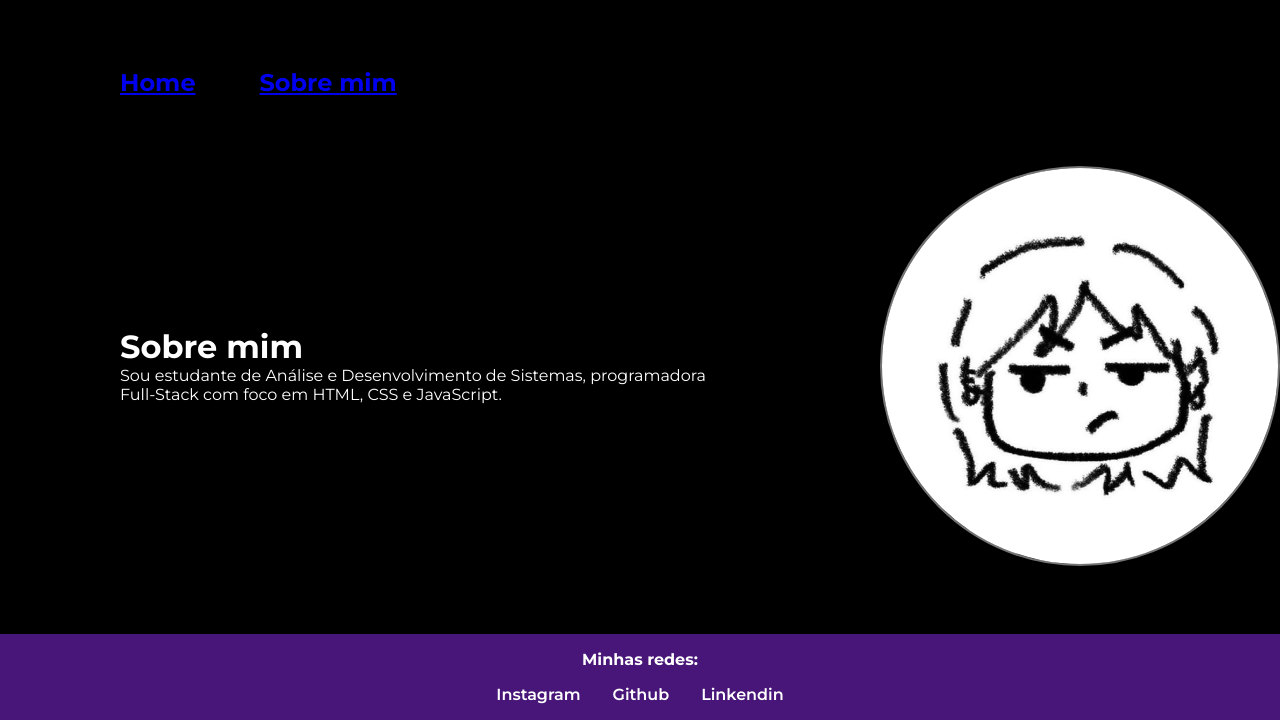
Repository: analessp/portfolio-developer
Page: index.html
These files come from the project's save history. The page is drawn as it stood at one moment and after a run of saves; the edit follows.
The browser window is 1280 px wide. The pictures show the whole page.

Above is the page before, as saved 2025-04-24 10:34:30.

After the next 2 saves:
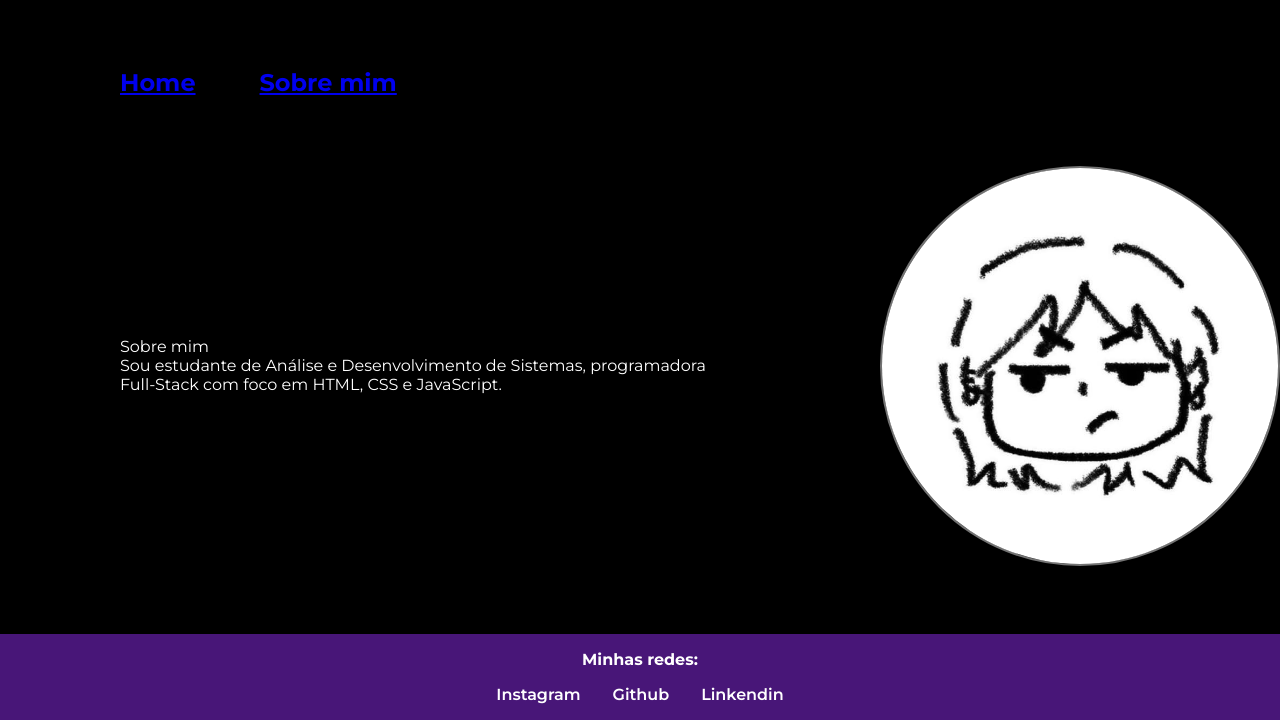
The 2 saves are shown as one change because they came seconds apart.
The last was saved 7 s later.
--- a/index.html
+++ b/index.html
@@ -22,6 +22,7 @@
     </header>
     <main>
         <div class="introduce">
+            <span
             <h1>Sobre mim</h1>
             <p>Sou estudante de Análise e Desenvolvimento de Sistemas, programadora Full-Stack com foco em HTML, CSS e JavaScript.</p>
         </div>

After the 3 saves that followed:
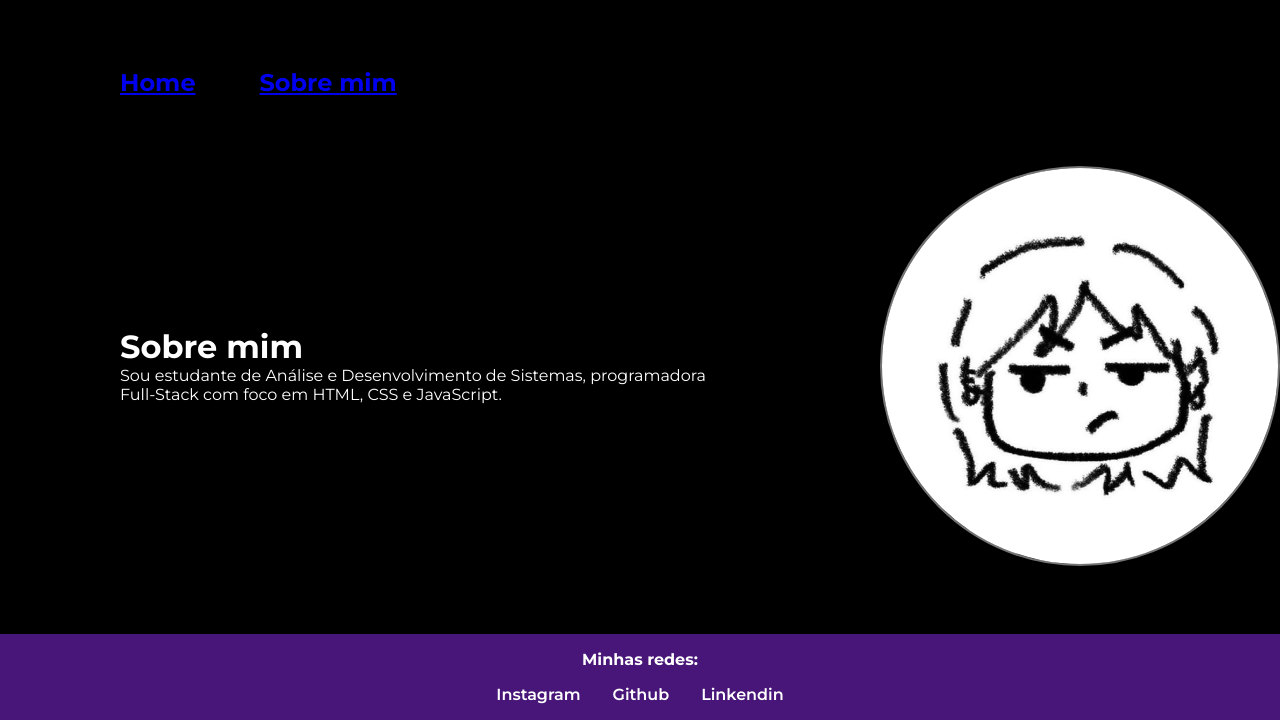
The 3 saves are shown as one change because they came seconds apart.
The last was saved 9 s later.
--- a/index.html
+++ b/index.html
@@ -22,7 +22,7 @@
     </header>
     <main>
         <div class="introduce">
-            <span
+            <span class="title"></span>
             <h1>Sobre mim</h1>
             <p>Sou estudante de Análise e Desenvolvimento de Sistemas, programadora Full-Stack com foco em HTML, CSS e JavaScript.</p>
         </div>
